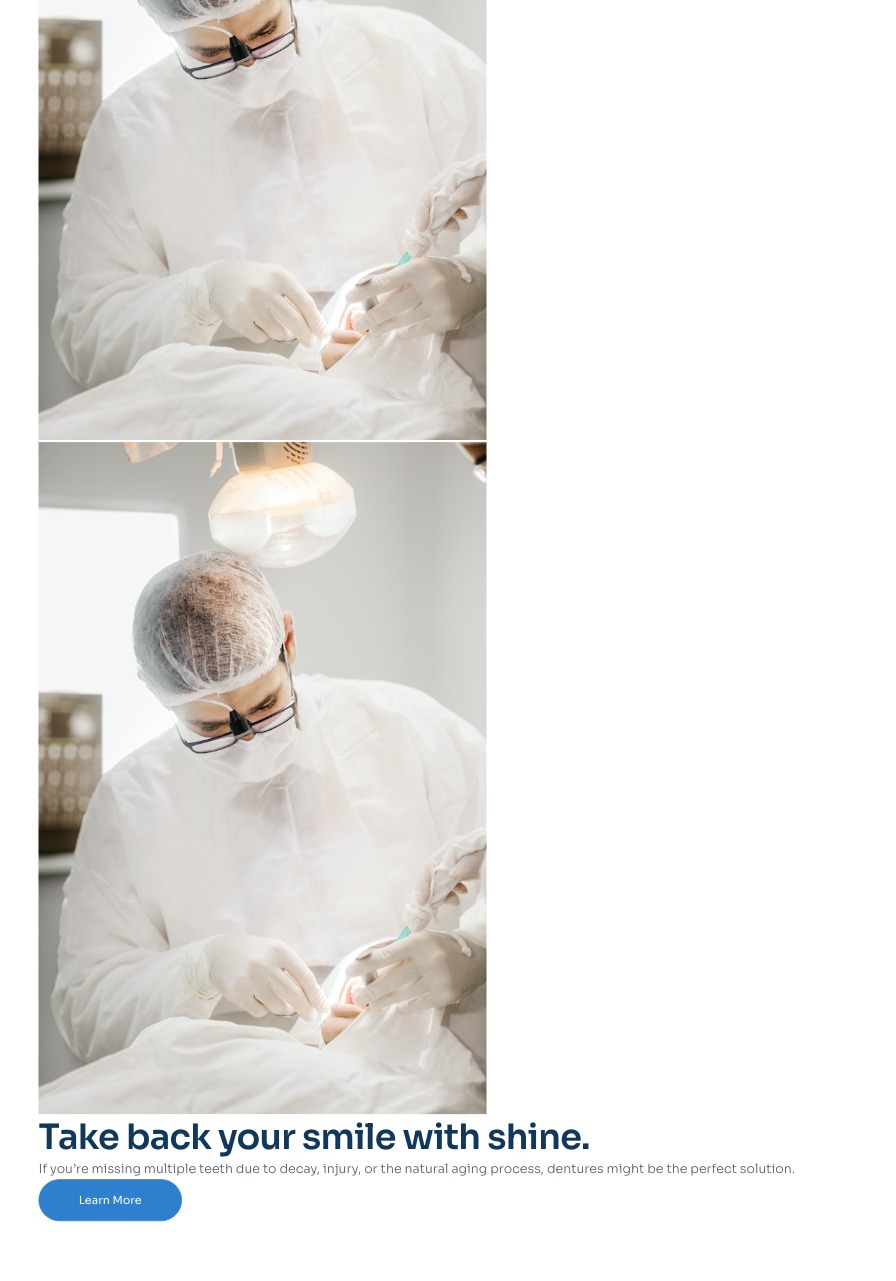
Repository: Tran-Dat/F8_Project_03
Page: index.html
An editor plug-in stored every save of this project. The page is shown before and after the next save, followed by the edit.
The browser window is 1280 px wide. The pictures show the part of the page from y = 3201 to 5121 px (the page is 5031 px tall before and 5121 px after), at 70% of full size.

Above is the page before, as saved 2023-04-03 16:10:28.

After the next save:
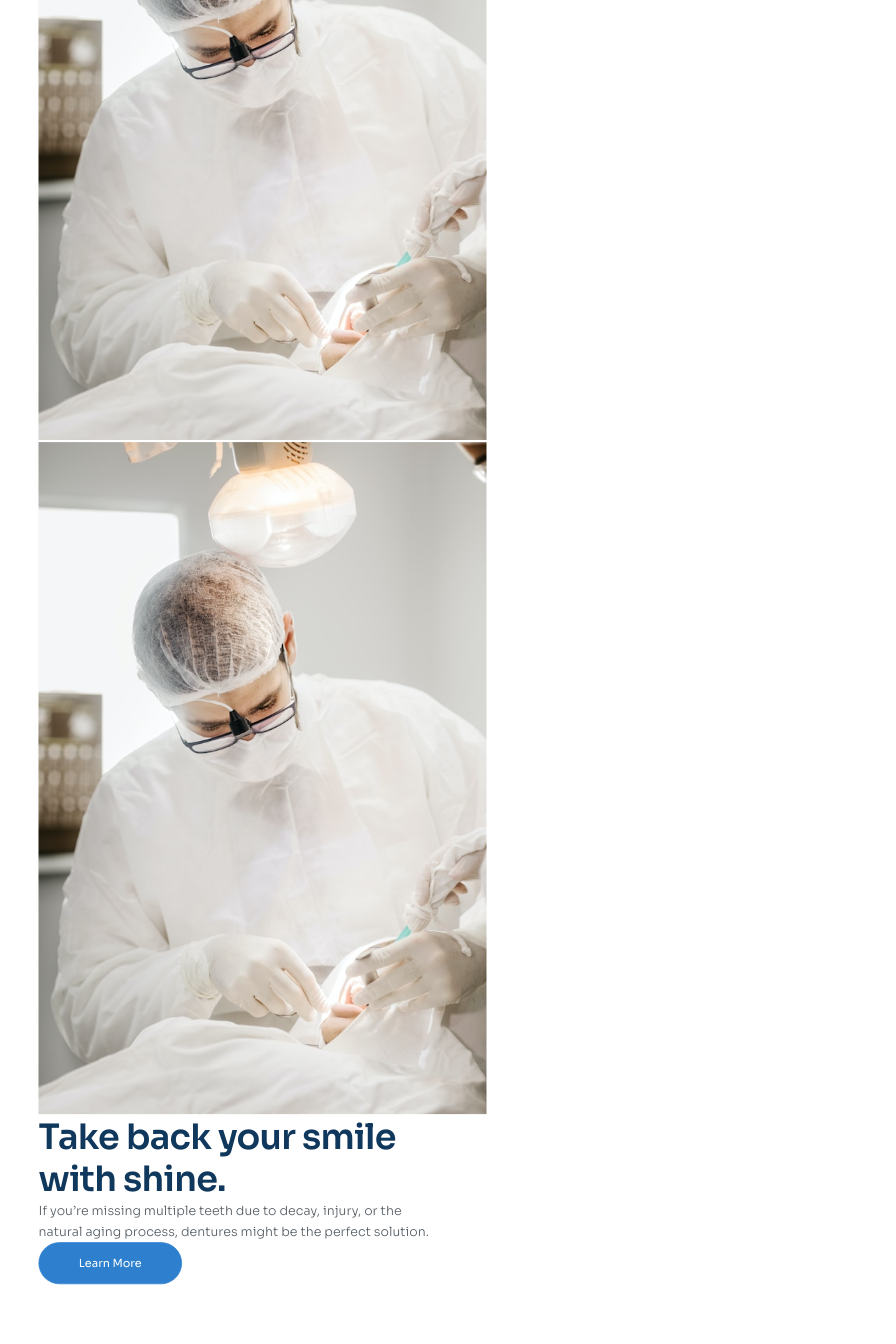
Saved 30 s later.
--- a/assets/css/style.css
+++ b/assets/css/style.css
@@ -388,6 +388,10 @@ a {
     padding: 85px 0;
 }
 
+.feature__media {
+    width: 49%;
+}
+
 .feature__images {
-    width: 49%;
-}
+    position: relative;
+}
